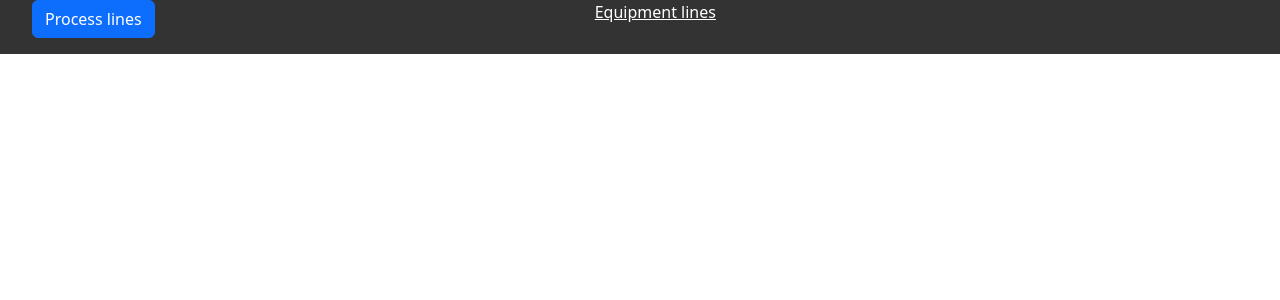
Repository: sreech465/evin3
Page: /equipment
An editor plug-in stored every save of this project. The page is shown before and after the next save, followed by the edit.
The browser window is 1280 px wide. The pictures show the whole page.
The page's requests for data from a server got no answer. The project was rebuilt for these pictures with package versions that can differ from the ones it lists, and the page was loaded fresh each time. No one was signed in, and anything a server would have sent is missing. Also part of the build but not shown: src/Login.js, src/Display.js, src/Details.js, src/CustomSearchBar.js, src/Process.js, src/Learning.js, src/ProcessDetails.js, src/EquipDetails.js.

Above is the page before, as saved 2022-10-29 08:11:02.

### src/index.js
import React from "react";
import ReactDOM from "react-dom/client";
import "./index.css";
import App from "./App";
import reportWebVitals from "./reportWebVitals";
import { Provider } from "react-redux";
import store from "./store";
import "bootstrap/dist/css/bootstrap.min.css";
const root = ReactDOM.createRoot(document.getElementById("root"));
root.render(
  <React.StrictMode>
    <Provider store={store}>
      <App />
    </Provider>
  </React.StrictMode>
);

// If you want to start measuring performance in your app, pass a function
// to log results (for example: reportWebVitals(console.log))
// or send to an analytics endpoint. Learn more: https://bit.ly/CRA-vitals
reportWebVitals();

### src/App.js
import React from "react";
import { Routes, Route } from "react-router-dom";
import { BrowserRouter } from "react-router-dom";
import Login from "./Login";
import Display from "./Display";
import Details from "./Details";
import Process from "./Process";
import Equipment from "./Equipment";
import Learning from "./Learning";
import ProcessDetails from "./ProcessDetails";
import EquipDetails from "./EquipDetails";

const App = () => {
  return (
    <div className="App">
      <BrowserRouter>
        <Routes>
          <Route path="/" element={<Login />} />
          <Route path="/display" element={<Display />} />
          <Route path="/details" element={<Details />} />
          <Route path="/pdetails" element={<Process />} />
          <Route path="/elearning" element={<Learning />} />
          <Route path="/equipment" element={<Equipment />} />
          <Route path="/pdetails/:id" element={<ProcessDetails />} />
          <Route path="/equipment/:id" element={<EquipDetails />} />
        </Routes>
      </BrowserRouter>
    </div>
  );
};

export default App;

### src/store.js
import { applyMiddleware, createStore } from "redux";
import thunk from "redux-thunk";

import { singleReducer } from "./combineReducer";

const store = createStore(singleReducer, applyMiddleware(thunk));

export default store;

### src/Equipment.js
import React, { useEffect } from "react";
import { useSelector, useDispatch } from "react-redux";
import { getEquipmentDetails } from "./Actions";
import Headertabs from "./Headertabs";
import { Link } from "react-router-dom";

const Equipment = () => {
  const dispatch = useDispatch();

  const access_token = useSelector(
    (state) => state.LoginReducer.auth.access_token
  );

  const EquipmentList = useSelector((state) => state.EquipmentReducer.Data102);
  console.log(EquipmentList);

  useEffect(() => {
    dispatch(getEquipmentDetails(access_token));
  }, []);

  return (
    <>
      <Headertabs />
      {/* <div>
        <Routes>
          <Route path="/equipment" element={<Equipment />} />
        </Routes>
      </div> */}

      <>
        {EquipmentList &&
          EquipmentList.data.results.length > 0 &&
          EquipmentList.data.results.map((element) => {
            return (
              <>
                <div class="card" style={{ display: "flex" }}>
                  <img
                    style={{ width: 70, height: 40 }}
                    class="card-img-top"
                    src={element.equipment_image}
                    alt="Card image cap"
                  />
                  <div class="card-body">
                    <h5 class="card-title">{element.equipment_id}</h5>
                    <p class="card-text">
                      {element.line_org_location} {element.installed_by_name}.
                    </p>
                    <Link to={`/equipment/${element.id}`}>
                      <button class="btn btn-primary">Details</button>
                    </Link>
                  </div>
                </div>
              </>
            );
          })}
      </>
      {/* ) : ( "loading" ); */}
    </>
  );
};

export default Equipment;

### src/combineReducer.js
import { combineReducers } from "redux";
import {
  equipmentReducer,
  equipmentReducer1,
  LoginReducer,
  processReducer,
  processReducer1,
  projectReducer,
} from "./Reducer";

export const singleReducer = combineReducers({
  LoginReducer: LoginReducer,
  ProjectReducer: projectReducer,
  ProcessReducer: processReducer,
  ProcessReducer1: processReducer1,
  EquipmentReducer: equipmentReducer,
  EquipmentReducer1: equipmentReducer1,
});

### src/Actions.js
import axios from "axios";

import {
  LOGIN_SUCESS,
  PROCESS_SUCESS,
  PROJECT_SUCESSC,
  EQUIPMENT_SUCESS,
  EQUIPMENT_SUCESSC,
  PROJECT_SUCESS,
} from "./types";

const apiBaseUrl = "http://52.139.224.15:81/account/";
const adminbaseurl = "http://52.139.224.15:81/";
const baseUrl = "http://52.139.224.15:81/account/login/";

export const loginAction = (username, password, navigate) => {
  console.log(username, password, "action");
  return async (dispatch) => {
    const formData = {
      username: username,
      password: password,
    };

    try {
      await axios.post(baseUrl, formData).then((response) => {
        console.log("response from api", response.data);
        if (response.status == 200) {
          dispatch({ type: LOGIN_SUCESS, payload: response.data });
          navigate("/display");
        }
      });
    } catch (err) {
      console.log(err);
    }
  };
};

export const getProjectDetails = (access_token) => {
  console.log(access_token);
  return async (dispatch) => {
    let config = {
      headers: { Authorization: `Bearer ${access_token}` },
    };

    try {
      await axios
        .get(
          "http://52.139.224.15:81/my_project_list/?search=&page=1&ordering=-id&project_status=&solution_org=",
          config
        )
        .then((response) => {
          console.log("response from api", response);
          if (response.status == 200) {
            dispatch({ type: PROCESS_SUCESS, payload: response });
          }
        });
    } catch (err) {
      console.log(err);
    }
  };
};

export const getProcesslines = (access_token) => {
  console.log(access_token);
  return async (dispatch) => {
    let config = {
      headers: { Authorization: `Bearer ${access_token}` },
    };

    try {
      await axios
        .get(
          "http://52.139.224.15:81/end_user/process_line/?primary_product=all&org_location=&query=&page=1&sort_by=-id&installed_by=",
          config
        )
        .then((response) => {
          console.log("response from api", response);
          if (response.status == 200) {
            dispatch({ type: PROJECT_SUCESS, payload: response });
          }
        });
    } catch (err) {
      console.log(err);
    }
  };
};

export const getProcesslines1 = (access_token, id) => {
  console.log(access_token);
  console.log(id);

  return async (dispatch) => {
    let config = {
      headers: { Authorization: `Bearer ${access_token}` },
    };

    try {
      await axios
        .get(
          `http://52.139.224.15:81/end_user/process_line/?line_id=${id}`,
          config
        )
        .then((response) => {
          console.log("response from api", response);
          if (response.status == 200) {
            dispatch({ type: PROJECT_SUCESSC, payload: response });
          }
        });
    } catch (err) {
      console.log(err);
    }
  };
};

export const getEquipmentDetails = (access_token) => {
  console.log(access_token);
  return async (dispatch) => {
    let config = {
      headers: { Authorization: `Bearer ${access_token}` },
    };

    try {
      await axios
        .get(
          "http://52.139.224.15:81/tagged_equipment_list/?search=&page=1&ordering=-status&process_line__org_location__name=&process_line__name=&system=&oem_org_id=&process_line__primary_product_ref__name=&equipment_select=&process_line__installed_by=",
          config
        )
        .then((response) => {
          console.log("response from api", response);
          if (response.status == 200) {
            dispatch({ type: EQUIPMENT_SUCESS, payload: response });
          }
        });
    } catch (err) {
      console.log(err);
    }
  };
};

export const getEquipmentDetails1 = (access_token, id) => {
  console.log(access_token);
  console.log(id);
  return async (dispatch) => {
    let config = {
      headers: { Authorization: `Bearer ${access_token}` },
    };

    try {
      await axios
        .get(
          `http://52.139.224.15:81/tagged_equipment_list/?installed_equipment_id=${id}`,
          config
        )
        .then((response) => {
          console.log("response from api", response);
          if (response.status == 200) {
            dispatch({ type: EQUIPMENT_SUCESSC, payload: response });
          }
        });
    } catch (err) {
      console.log(err);
    }
  };
};

### src/Headertabs.js
import React from "react";
import "./styles.css";
import { Link } from "react-router-dom";

const Headertabs = () => {
  return (
    <nav className="nav">
      <ul
        style={{
          textDecoration: "none",
          display: "flex",
          justifyContent: "space-around",
        }}
      >
        <li style={{ listStyleType: "none" }}>
          <Link to="/pdetails">
            <button className="btn btn-primary">Process lines</button>
          </Link>
        </li>
        <li style={{ listStyleType: "none", marginLeft: 440 }}>
          <Link to="/equipment">Equipment lines</Link>
        </li>
      </ul>
    </nav>
  );
};

export default Headertabs;

### src/Reducer.js
import {
  EQUIPMENT_SUCESS,
  EQUIPMENT_SUCESSC,
  LOGIN_SUCESS,
  PROCESS_SUCESS,
  PROJECT_SUCESS,
  PROJECT_SUCESSC,
} from "./types";
const initialState = {
  auth: {
    access_token: "",
    username: "",
    role_permissions: [],
  },
  Data100: "",
};

export const LoginReducer = (state = initialState, action) => {
  // console.log(action);

  switch (action.type) {
    case LOGIN_SUCESS:
      return {
        ...state,

        auth: action.payload,
      };

    default:
      return state;
  }
};

export const projectReducer = (state = initialState, action) => {
  // console.log(action);

  switch (action.type) {
    case PROCESS_SUCESS:
      return {
        ...state,

        Data100: action.payload,
      };

    default:
      return state;
  }
};

export const processReducer = (state = initialState, action) => {
  // console.log(action);

  switch (action.type) {
    case PROJECT_SUCESS:
      return {
        ...state,

        Data101: action.payload,
      };

    default:
      return state;
  }
};

export const processReducer1 = (state = initialState, action) => {
  // console.log(action);

  switch (action.type) {
    case PROJECT_SUCESSC:
      return {
        ...state,

        TOM: action.payload,
      };

    default:
      return state;
  }
};

export const equipmentReducer = (state = initialState, action) => {
  // console.log(action);

  switch (action.type) {
    case EQUIPMENT_SUCESS:
      return {
        ...state,

        Data102: action.payload,
      };

    default:
      return state;
  }
};

export const equipmentReducer1 = (state = initialState, action) => {
  // console.log(action);

  switch (action.type) {
    case EQUIPMENT_SUCESSC:
      return {
        ...state,

        JERRY: action.payload,
      };

    default:
      return state;
  }
};

### src/types.js
export const LOGIN_SUCESS = "LOGIN_SUCESS";
export const PROCESS_SUCESS = "PROCESS_SUCESS";
export const PROJECT_SUCESS = "PROJECT_SUCESS";
export const EQUIPMENT_SUCESS = "EQUIPMENT_SUCESS";
export const EQUIPMENT_SUCESSC = "EQUIPMENT_SUCESSC";
export const PROJECT_SUCESSC = "PROJECT_SUCESSC";

### src/styles.css
* {
    box-sizing: border-box;
}

body {
    margin:0;

}

.nav {
    background-color: #333;
    color:white;
    display: flex;
    justify-content: space-between;
    align-items: center;
    gap: 2rem;
    padding: 0 1rem;
}

.nav a {
    color:inherit
}

Loaded but not shown: public/index.html (common file); src/index.css (common file); src/reportWebVitals.js (common file)

After the next save:
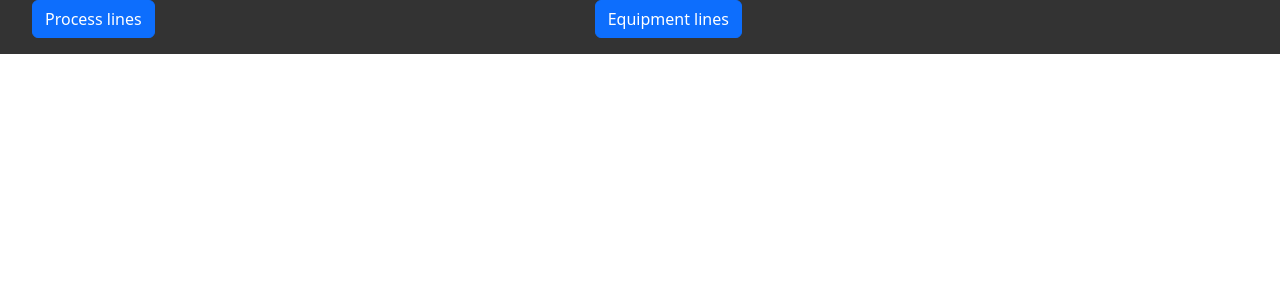
Saved 56 s later.
--- a/src/Headertabs.js
+++ b/src/Headertabs.js
@@ -18,7 +18,9 @@ const Headertabs = () => {
           </Link>
         </li>
         <li style={{ listStyleType: "none", marginLeft: 440 }}>
-          <Link to="/equipment">Equipment lines</Link>
+          <Link to="/equipment">
+            <button className="btn btn-primary">Equipment lines</button>
+          </Link>
         </li>
       </ul>
     </nav>
